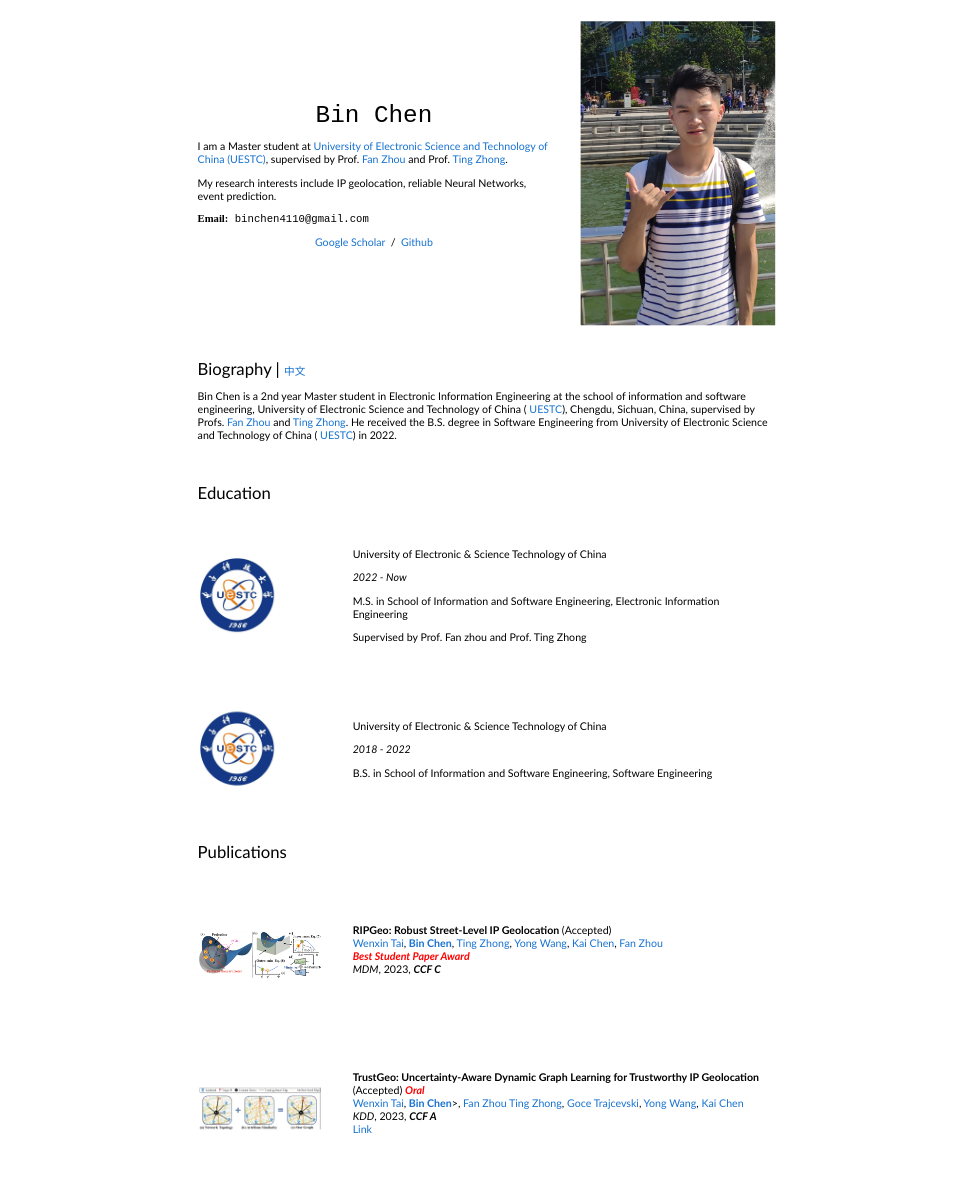
Repository: b1nchen/b1nchen.github.io
Page: index.html
An editor plug-in stored every save of this project. The page is shown before and after the next save, followed by the edit.
The browser window is 1280 px wide. The pictures show the part of the page from y = 0 to 1571 px (the page is 1939 px tall), at 76% of full size.
A picture or video elsewhere on the page could not be fetched, so the positions and the page height are approximate.

Above is the page before, as saved 2023-12-31 08:21:15.

### index.html
<!DOCTYPE HTML>
<html lang="en">

<head>
  <meta http-equiv="Content-Type" content="text/html; charset=UTF-8">

  <title>Bin Chen</title>

  <meta name="author" content="Bin Chen">
  <meta name="viewport" content="width=device-width, initial-scale=1">

  <link rel="stylesheet" type="text/css" href="stylesheet.css">
  <link rel="icon" href="images/uestc_icon.jpeg">
</head>

<body>

  <table
    style="width:100%;max-width:800px;border:0px;border-spacing:0px;border-collapse:separate;margin-right:auto;margin-left:auto;">
    <tbody>
      <tr style="padding:0px">
        <td style="padding:0px">
          <table
            style="width:100%;border:0px;border-spacing:0px;border-collapse:separate;margin-right:auto;margin-left:auto;">
            <tbody>
              <tr style="padding:0px">
                <td style="padding:2.5%;width:63%;vertical-align:middle">
                  <p style="text-align:center">
                    <name>Bin Chen</name>
                  </p>
                  <p>I am a Master student at <a href="https://en.uestc.edu.cn/">University of Electronic Science and
                      Technology of China (UESTC)</a>, supervised by Prof. <a
                      href="https://scholar.google.com/citations?user=Ihj2Rw8AAAAJ">Fan Zhou</a> and Prof. <a
                      href="https://scholar.google.com/citations?user=Mdr0XDkAAAAJ">Ting Zhong</a>.
                      <!-- <a href="xovee.cn">Xovee</a> also helps me a lot, as sa  -->
                  </p>
                  <p>
                    My research interests include IP geolocation, reliable Neural Networks, event prediction.
                  </p>
                  <p style="font-family: 'Courier New', Courier, monospace;">
                    <!-- <b style="font-family: 'Times New Roman', Times, serif;">Email:</b> <em>firstname</em>.<em>lastname</em>@ieee.org
                    <br>
                    &nbsp &nbsp &nbsp
                    <em>firstname</em>.<em>lastname</em>417@outlook.com <br> -->
                    <b style="font-family: 'Times New Roman', Times, serif;">
                      Email:</b> binchen4110@gmail.com
                     <br>

                  </p>
                  <p style="text-align:center">

                    <a href="https://scholar.google.com/citations?user=x3ufhFAAAAAJ/">Google Scholar</a>
                    &nbsp/&nbsp
                    <a href="https://github.com/binchen4110/">Github</a>
                  </p>

                </td>
                <td style="padding:2.5%;width:40%;max-width:40%">
                  <a href="images/profile.jpg"><img style="width:100%;max-width:100%" alt="profile photo"
                      src="images/profile.jpg" class="hoverZoomLink"></a>
                </td>
              </tr>
            </tbody>
          </table>

          <table
            style="width:100%;border:0px;border-spacing:0px;border-collapse:separate;margin-right:auto;margin-left:auto;">
            <tbody>
              <tr>
                <td style="padding:20px;width:100%;vertical-align:middle">
                  <heading>Biography |
                    <a href="index_CHN.html">中文</a>
                  </heading>
                  <p>
                    Bin Chen is a 2nd year Master student in Electronic Information Engineering at the school of information and
                    software engineering, University of Electronic Science and Technology of China (<a
                      href="https://en.uestc.edu.cn/"> UESTC</a>), Chengdu, Sichuan, China, supervised by Profs. <a
                      href="https://scholar.google.com/citations?user=Ihj2Rw8AAAAJ">Fan Zhou</a> and <a
                      href="https://scholar.google.com/citations?user=Mdr0XDkAAAAJ">Ting Zhong</a>. He received the B.S.
                    degree in Software Engineering from University of Electronic Science and Technology of China (<a
                      href="https://www.uestc.edu.cn/"> UESTC</a>) in 2022.
                  </p>
                  <!-- <p>
                    He is a (student) member of the IEEE.
                  </p> -->
                </td>
              </tr>
            </tbody>
          </table>

          <table
            style="width:100%;border:0px;border-spacing:0px;border-collapse:separate;margin-right:auto;margin-left:auto;">
            <tbody>
              <tr>
                <td style="padding:20px;width:100%;vertical-align:middle">
                  <heading>Education</heading>
                </td>
              </tr>
            </tbody>
          </table>
          <table width="100%" align="center" border="0" cellpadding="20">
            <tbody>

              <tr>
                <td style="padding:20px;width:25%;vertical-align:middle">
                  <div class="flexbox">
                    <img src='images/uestc_icon.jpeg' width="100px">
                  </div>
                </td>
                <td style="padding:20px;width:75%;vertical-align:middle">
                  <p>University of Electronic & Science Technology of China</p>
                  <em>2022 - Now</em>
                  <p>M.S. in School of Information and Software Engineering, Electronic Information Engineering</p>
                  <p>Supervised by Prof. Fan zhou and Prof. Ting Zhong</p>

                </td>
              </tr>


              <tr>
                <td style="padding:20px;width:25%;vertical-align:middle">
                  <div class="flexbox">
                    <img src='images/uestc_icon.jpeg' width="100px">
                  </div>
                </td>
                <td style="padding:20px;width:75%;vertical-align:middle">
                  <p>University of Electronic & Science Technology of China</p>
                  <em> 2018 -  2022 </em>
                  <p> B.S. in School of Information and Software Engineering, Software Engineering</p>
                </td>
              </tr>


            </tbody>
          </table>


          <table width="100%" align="center" border="0" cellspacing="0" cellpadding="20">
            <tbody>
              <tr>
                <td>
                  <heading>Publications</heading>
                </td>
              </tr>
            </tbody>
          </table>
          <table width="100%" align="center" border="0" cellpadding="20">
            <tbody>

            <!-- MDM 2023 -->
              <tr onmouseout="ripgeo_data()" onmouseover="ripgeo_para()">
                <td style="padding:20px;width:25%;vertical-align:middle">
                  <div class="one">
                    <div class="two" id='data'>
                      <img src='images/ripgeo_perturb_data.png' width="160">


                    </div>
                    <img src="images/ripgeo_perturb_para.png" width="160">
                  </div>
                  <script type="text/javascript">
                    function ripgeo_data() {
                      document.getElementById('data').style.opacity = "0";
                    }

                    function ripgeo_para() {
                      document.getElementById('data').style.opacity = "1";
                    }
                    ripgeo_data()
                  </script>
                </td>
                <td style="padding:20px;width:75%;vertical-align:middle">

                  <papertitle>RIPGeo: Robust Street-Level IP Geolocation </papertitle>(Accepted)

                  <br>

                  <a href="https://scholar.google.com/citations?user=YyxocAIAAAAJ">Wenxin Tai</a>,
                  <a href="https://scholar.google.com/citations?user=x3ufhFAAAAAJ"><strong>Bin Chen</strong></a>,
                  <a href="https://scholar.google.com/citations?user=Mdr0XDkAAAAJ">Ting Zhong</a>,
                  <a>Yong Wang</a>,
                  <a href="https://scholar.google.com/citations?user=tnRV5QYAAAAJ">Kai Chen</a>,
                  <a href="https://scholar.google.com/citations?user=Ihj2Rw8AAAAJ">Fan Zhou</a>

                  <br>
                  <em><b style="color:red">Best Student Paper Award</b></em>
                  <br>
                  <em>MDM</em>, 2023, <em><strong>CCF C</strong></em>
                  <br>


                  <!-- <a href="https://ieeexplore.ieee.org/document/9747900">链接</a>,
                  <a href="https://youtu.be/uT1pEfHbo14">视频</a>,
                  <a href="papers/ICASSP_5513_poster.pdf">海报</a>,
                  <a href="papers/ICASSP_slides.pptx">幻灯片</a>,
                  <a href="papers/ICASSP_2022_FUFI.pdf">下载</a>
                  <p></p>
                  <p>We incorporate evidential learning into IP geolocation to improve the stability of the system.. -->
                  </p>
                </td>
              </tr>


              <!-- KDD 2023 -->
              <tr onmouseout="FUFI_intro()" onmouseover="FUFI_end()">
                <td style="padding:20px;width:25%;vertical-align:middle">
                  <div class="one">
                    <div class="two" id='method'>
                      <img src='images/trustgeo_method.png' width="160">


                    </div>
                    <img src="images/trustgeo_model.png" width="160">
                  </div>
                  <script type="text/javascript">
                    function FUFI_intro() {
                      document.getElementById('method').style.opacity = "0";
                    }

                    function FUFI_end() {
                      document.getElementById('method').style.opacity = "1";
                    }
                    FUFI_intro()
                  </script>
                </td>
                <td style="padding:20px;width:75%;vertical-align:middle">

                  <papertitle>TrustGeo: Uncertainty-Aware Dynamic Graph Learning for Trustworthy IP Geolocation </papertitle>(Accepted) <em><b style="color:red">Oral</b></em>


                  <br>
                  <a href="https://scholar.google.com/citations?user=YyxocAIAAAAJ">Wenxin Tai</a>,
                  <a href="https://scholar.google.com/citations?user=x3ufhFAAAAAJ"><strong>Bin Chen</strong></a>>,
                  <a href="https://scholar.google.com/citations?user=Ihj2Rw8AAAAJ">Fan Zhou</a>
                  <a href="https://scholar.google.com/citations?user=Mdr0XDkAAAAJ">Ting Zhong</a>,
                  <a href="https://scholar.google.com/citations?user=Avus2kcAAAAJ">Goce Trajcevski</a>,
                  <a>Yong Wang</a>,
                  <a href="https://scholar.google.com/citations?user=tnRV5QYAAAAJ">Kai Chen</a>
                  <br>
                  <em>KDD</em>, 2023, <em><strong>CCF A</strong></em>
                  <br>

                  <a href="https://drive.google.com/file/d/1PgxtmzdQAYr9Ti3rvHGgnyf05PbP-WwI/view?usp=drive_link">Link</a>
                  <!-- <a href="https://ieeexplore.ieee.org/document/9747900">链接</a>,
                  <a href="https://youtu.be/uT1pEfHbo14">视频</a>,
                  <a href="papers/ICASSP_5513_poster.pdf">海报</a>,
                  <a href="papers/ICASSP_slides.pptx">幻灯片</a>,
                  <a href="papers/ICASSP_2022_FUFI.pdf">下载</a>
                  <p></p>
                  <p>We incorporate evidential learning into IP geolocation to improve the stability of the system.. -->
                  </p>
                </td>
              </tr>


            </tbody>
          </table>
        </td>
      </tr>

    </table>

  <center>


  <p>
    <font size="2">
      <font size="2">
        <font size="2">&nbsp;<br>
          &nbsp; <a href="https://www.easycounter.com/">
            <img src="https://www.easycounter.com/counter.php?hyson"
            border="0" alt="Web Site Hit Counter"></a> <i>
            <font face="Arial" size="2">unique visitors since Feburary 2023</font>
          </i></font>
      </font>
    </font>
  </p>



  <p style="color: #AAAAAA;">© 2023 Bin Chen | Powered by <a href="https://pattonyu.github.io/">Haoyang Yu</a> and <a href="https://jonbarron.info/">Jon Barron </a> | updating time
    2023-02-28
        <!-- Friendly Link: <a href="https://xovee.cn">Xovee Xu</a> -->
    </p>
  </center>
</body>

</html>

### stylesheet.css
/* latin-ext */
@font-face {
  font-family: 'Lato';
  font-style: italic;
  font-weight: 400;
  src: local('Lato Italic'), local('Lato-Italic'), url(https://fonts.gstatic.com/s/lato/v15/S6u8w4BMUTPHjxsAUi-qNiXg7eU0.woff2) format('woff2');
  unicode-range: U+0100-024F, U+0259, U+1E00-1EFF, U+2020, U+20A0-20AB, U+20AD-20CF, U+2113, U+2C60-2C7F, U+A720-A7FF;
}
/* latin */
@font-face {
  font-family: 'Lato';
  font-style: italic;
  font-weight: 400;
  src: local('Lato Italic'), local('Lato-Italic'), url(https://fonts.gstatic.com/s/lato/v15/S6u8w4BMUTPHjxsAXC-qNiXg7Q.woff2) format('woff2');
  unicode-range: U+0000-00FF, U+0131, U+0152-0153, U+02BB-02BC, U+02C6, U+02DA, U+02DC, U+2000-206F, U+2074, U+20AC, U+2122, U+2191, U+2193, U+2212, U+2215, U+FEFF, U+FFFD;
}
/* latin-ext */
@font-face {
  font-family: 'Lato';
  font-style: italic;
  font-weight: 700;
  src: local('Lato Bold Italic'), local('Lato-BoldItalic'), url(https://fonts.gstatic.com/s/lato/v15/S6u_w4BMUTPHjxsI5wq_FQftx9897sxZ.woff2) format('woff2');
  unicode-range: U+0100-024F, U+0259, U+1E00-1EFF, U+2020, U+20A0-20AB, U+20AD-20CF, U+2113, U+2C60-2C7F, U+A720-A7FF;
}
/* latin */
@font-face {
  font-family: 'Lato';
  font-style: italic;
  font-weight: 700;
  src: local('Lato Bold Italic'), local('Lato-BoldItalic'), url(https://fonts.gstatic.com/s/lato/v15/S6u_w4BMUTPHjxsI5wq_Gwftx9897g.woff2) format('woff2');
  unicode-range: U+0000-00FF, U+0131, U+0152-0153, U+02BB-02BC, U+02C6, U+02DA, U+02DC, U+2000-206F, U+2074, U+20AC, U+2122, U+2191, U+2193, U+2212, U+2215, U+FEFF, U+FFFD;
}
/* latin-ext */
@font-face {
  font-family: 'Lato';
  font-style: normal;
  font-weight: 400;
  src: local('Lato Regular'), local('Lato-Regular'), url(https://fonts.gstatic.com/s/lato/v15/S6uyw4BMUTPHjxAwXiWtFCfQ7A.woff2) format('woff2');
  unicode-range: U+0100-024F, U+0259, U+1E00-1EFF, U+2020, U+20A0-20AB, U+20AD-20CF, U+2113, U+2C60-2C7F, U+A720-A7FF;
}
/* latin */
@font-face {
  font-family: 'Lato';
  font-style: normal;
  font-weight: 400;
  src: local('Lato Regular'), local('Lato-Regular'), url(https://fonts.gstatic.com/s/lato/v15/S6uyw4BMUTPHjx4wXiWtFCc.woff2) format('woff2');
  unicode-range: U+0000-00FF, U+0131, U+0152-0153, U+02BB-02BC, U+02C6, U+02DA, U+02DC, U+2000-206F, U+2074, U+20AC, U+2122, U+2191, U+2193, U+2212, U+2215, U+FEFF, U+FFFD;
}
/* latin-ext */
@font-face {
  font-family: 'Lato';
  font-style: normal;
  font-weight: 700;
  src: local('Lato Bold'), local('Lato-Bold'), url(https://fonts.gstatic.com/s/lato/v15/S6u9w4BMUTPHh6UVSwaPGQ3q5d0N7w.woff2) format('woff2');
  unicode-range: U+0100-024F, U+0259, U+1E00-1EFF, U+2020, U+20A0-20AB, U+20AD-20CF, U+2113, U+2C60-2C7F, U+A720-A7FF;
}
/* latin */
@font-face {
  font-family: 'Lato';
  font-style: normal;
  font-weight: 700;
  src: local('Lato Bold'), local('Lato-Bold'), url(https://fonts.gstatic.com/s/lato/v15/S6u9w4BMUTPHh6UVSwiPGQ3q5d0.woff2) format('woff2');
  unicode-range: U+0000-00FF, U+0131, U+0152-0153, U+02BB-02BC, U+02C6, U+02DA, U+02DC, U+2000-206F, U+2074, U+20AC, U+2122, U+2191, U+2193, U+2212, U+2215, U+FEFF, U+FFFD;
}

a {
  color: #1772d0;
  text-decoration: none;
}

a:focus,
a:hover {
  color: #f09228;
  text-decoration: none;
}

body,
td,
th,
tr,
p,
a {
  font-family: 'Lato', Verdana, Helvetica, sans-serif;
  font-size: 14px
}

strong {
  font-family: 'Lato', Verdana, Helvetica, sans-serif;
  font-size: 14px;
}

heading {
  font-family: 'Lato', Verdana, Helvetica, sans-serif;
  font-size: 22px;
}

papertitle {
  font-family: 'Lato', Verdana, Helvetica, sans-serif;
  font-size: 14px;
  font-weight: 700
}

name {
  font-family: 'Courier New', Courier, monospace;
  font-size: 32px;
}


.flexbox{
  width: 160px;
  height: 160px;
  display: flex;
  align-items: center;
  justify-items: center;
  /* text-align: center; */
}

.flexbox img{
  justify-items: center;
  align-items: center;
  /* text-align: center; */
}


.one {
  width: 160px;
  height: 160px;
  display: flex;
  position: relative;
  align-items: center;
}

.one img{
  width: 160px;
  align-items: center;
}

.two {
  width: 160px;
  height: 160px;
  display: flex;
  position: absolute;
  transition: opacity .2s ease-in-out;
  -moz-transition: opacity .2s ease-in-out;
  -webkit-transition: opacity .2s ease-in-out;
  align-items: center;
}

.two img{
  width: 160px;
  align-items: center;
}

.fade {
  transition: opacity .2s ease-in-out;
  -moz-transition: opacity .2s ease-in-out;
  -webkit-transition: opacity .2s ease-in-out;
}

span.highlight {
  background-color: #ffffd0;
}

After the next save:
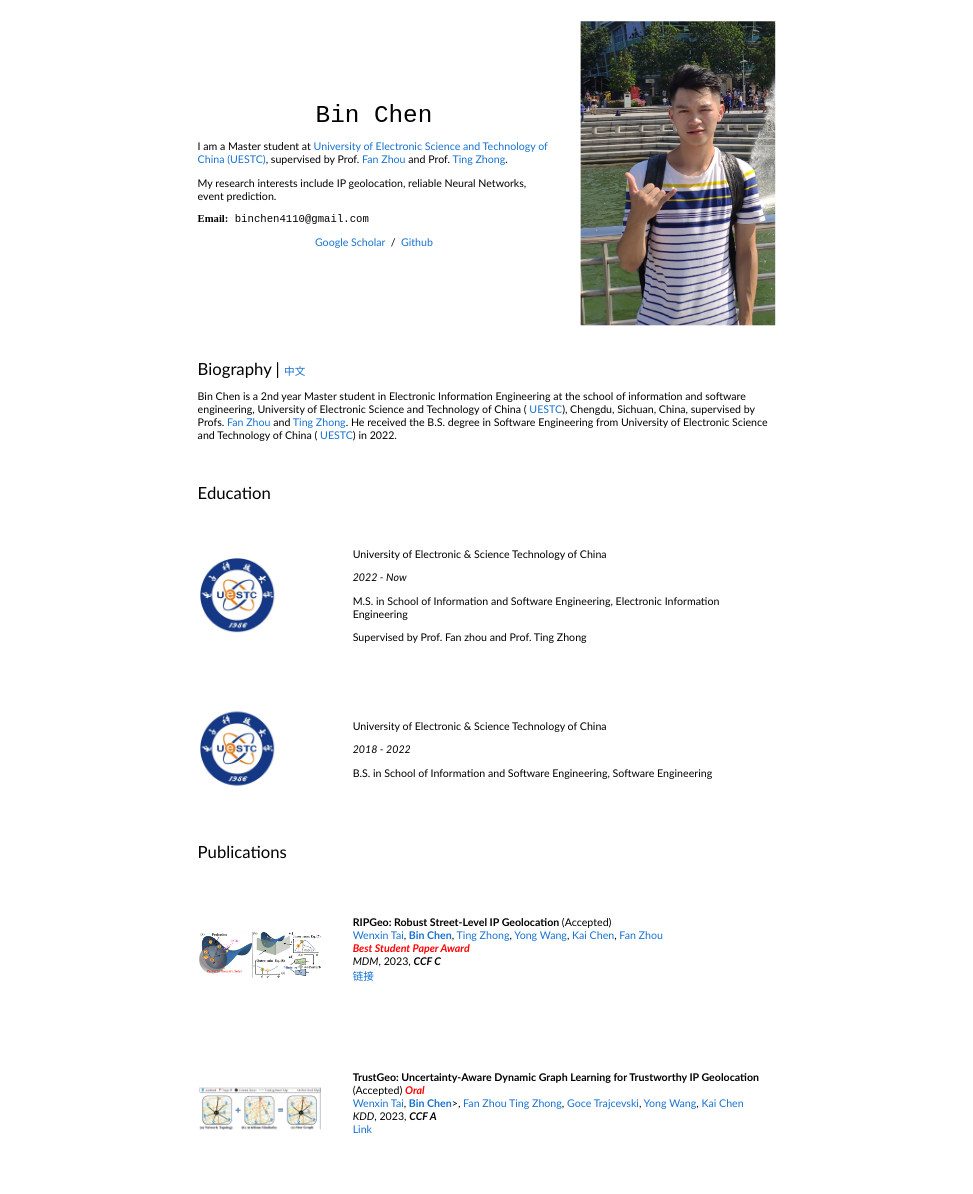
Saved 12 s later.
--- a/index.html
+++ b/index.html
@@ -187,6 +187,7 @@
                   <br>
                   <em>MDM</em>, 2023, <em><strong>CCF C</strong></em>
                   <br>
+                  <a href="https://drive.google.com/file/d/1j4smzenp6JkSxMC43B8BnPLQ7Mr1zgMb/view?usp=sharing">链接</a>
 
 
                   <!-- <a href="https://ieeexplore.ieee.org/document/9747900">链接</a>,
